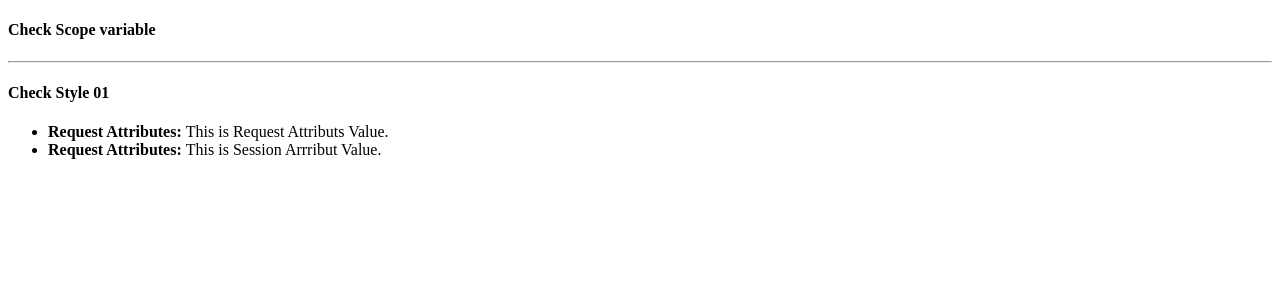
Repository: imrangthub/BlogUsingCoreJava
Page: http://localhost/StartingJsp_00/scopeVarCheck
The author's editor kept a copy of each file at every save. The page is drawn from the files as they stood at one save, then again after the next save.
The browser window is 1280 px wide. The pictures show the whole page.
The page is served by Tomcat 9.

Above is the page before, as saved 2016-12-25 14:06:40.

After the next save:
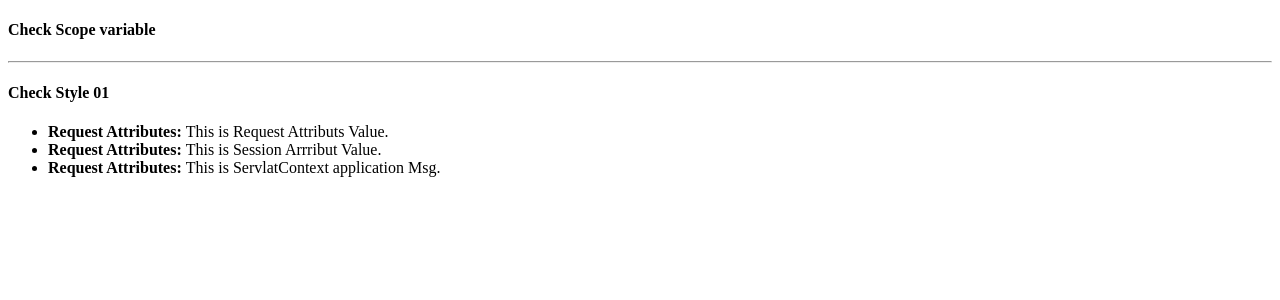
Saved 22 s later.
--- a/StartingJsp_00/WebContent/ExpressionLanguageOfJsp/scopeVarCheck1.jsp
+++ b/StartingJsp_00/WebContent/ExpressionLanguageOfJsp/scopeVarCheck1.jsp
@@ -13,6 +13,7 @@
 <ul>
 <li><b>Request Attributes: </b> ${ att1 } </li>
 <li><b>Request Attributes: </b> ${ att2 } </li>
+<li><b>Request Attributes: </b> ${ att3 } </li>
 </ul>
 
 
